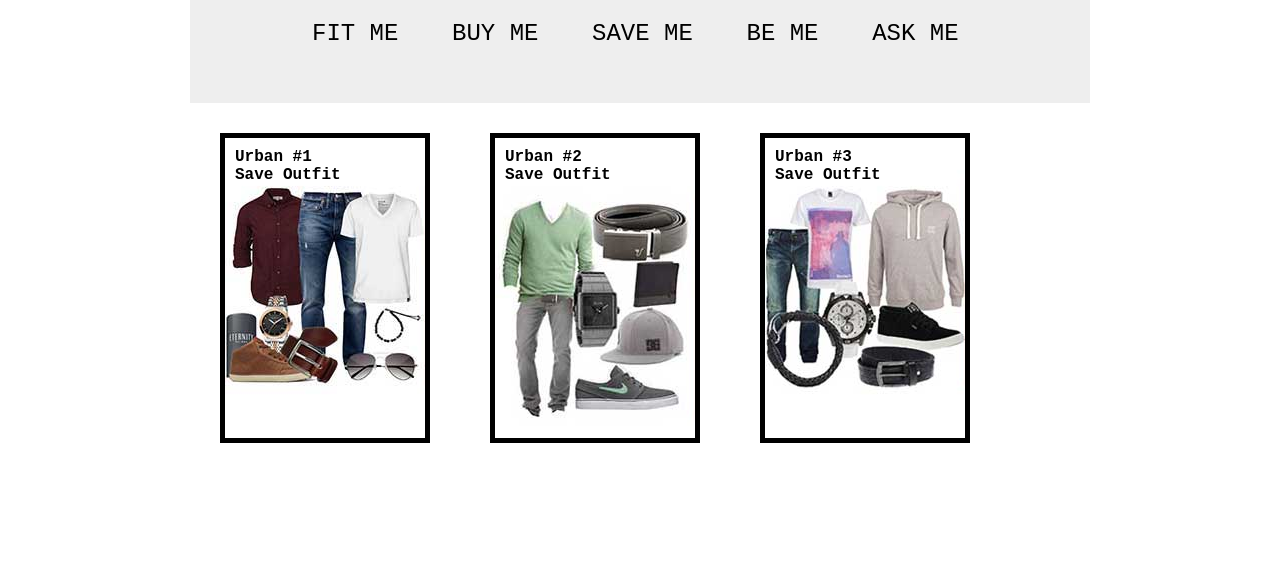
Repository: kesquili/kesquili.github.io
Page: fitin/buyme_urban.html
The author's editor kept a record of every edit. The page is drawn from the files as they stood at one moment, then again after the next edit.
The browser window is 1280 px wide. The pictures show the whole page.
After loading, the first visible `#urban2` was clicked once.

Above is the page before.
Console error: ReferenceError: $ is not defined

### fitin/buyme_urban.html
<!doctype html>
<html>
<head>
<meta charset="UTF-8">
<title>FitIn</title>
<link href="styles.css" rel="stylesheet" type="text/css">
<script type="text/javascript" src="script.js"></script>
</head>

<body>
<div class="wrapper">
   <nav>
    <ul>
        <li><a href="fitme.html">FIT ME</a></li>
         <li><a href="buyme_americana.html">BUY ME</a></li>
         <li><a href="saveme.html">SAVE ME</a></li>
         <li><a href="beme.html">BE ME</a></li>
         <li><a href="askme.html">ASK ME</a></li>
    </ul>
   </nav>
      <br>
      <br>
   <div class="results">
       <h4 id="urban1"><div class="text">Urban #1 <br> <a href="saveme.html">Save Outfit</a></div></h4>
       <h4 id="urban2"><div class="text">Urban #2 <br> <a href="saveme.html">Save Outfit</a></div></h4>
       <h4 id="urban3"><div class="text">Urban #3 <br> <a href="saveme.html">Save Outfit</a></div></h4>
    </div>
    <div class="breakdown">
        <h4 id="urbanbd1"><div class="text">Urban #1 Items</div></h4>
        <h4 id="urbanbd2"><div class="text">Urban #2 Items</div></h4>
        <h4 id="urbanbd3"><div class="text">Urban #2 Items</div></h4>
    </div>
</div>

<script type="text/javascript" src="jquery-1.11.2.min.js"></script>
<script type="text/javascript" src="script.js"></script>

</body>
</html>

### fitin/styles.css
@charset "UTF-8";
/* CSS Document */

body {
font: 14px;
font-style: bold;
font-family: "Courier New", Courier;
margin: 0;
padding: 0;
}

.wrapper {
	width: 900px;
	margin: 0 auto;
	background-color: #eee;
	height: 100%;
}
nav {
    width: 700px;
    margin: 0 auto;
    padding: 20px;
}
nav a{
    color: black;
    text-decoration: none;
    font-size: 24px;
    margin: 10px 20px;
    border: 2px solid transparent;
}
nav a:hover {
	color: #9C0310;
	border: 2px dotted #9C0310;
}

ul{
    list-style-type: none;
    margin: 0;
    padding: 0;
}

li{
    display: inline;
}

.form{
    margin: 0 auto;
}

.form h4{
    font-size: 20px;
}

.text {
	position: relative;
	top: 10px;
	left: 10px;
}

.results a{
	text-decoration: none;
	color: black;
}

.results h4:hover {
	background-position: 0px auto;
	background-position: 200px 0%;
}
.results #hipster1{
	border: 5px;
	border-color: black;
	border-style: solid;
	margin: 30px;
	width: 200px;
	height: 300px;
	float: left;
	background-image: url(Images/hipstersprite1.jpg);
}
.results #hipster2{
	border: 5px;
	border-color: black;
	border-style: solid;
	margin: 30px;
	width: 200px;
	height: 300px;
	float: left;
	background-image: url(Images/hipstersprite2.jpg);
}
.results #hipster3{
	border: 5px;
	border-color: black;
	border-style: solid;
	margin: 30px;
	width: 200px;
	height: 300px;
	float: left;
	background-image: url(Images/hipstersprite3.jpg);
}

.breakdown #hipster {
	border: 5px solid #060606;
	width: 800px;
	height: 200px;
	margin: 30px;
	background-image: url(Images/hipsterbreakdown1.jpg);
}
.breakdown #hipster:hover {
	background-image: url(Images/hipsterbreakdown2.jpg);
}


.results #urban1{
	border: 5px;
	border-color: black;
	border-style: solid;
	margin: 30px;
	width: 200px;
	height: 300px;
	float: left;
	background-image: url(Images/urbansprite1.jpg);
}
.results #urban2{
	border: 5px;
	border-color: black;
	border-style: solid;
	margin: 30px;
	width: 200px;
	height: 300px;
	float: left;
	background-image: url(Images/urbansprite2.jpg);
}
.results #urban3{
	border: 5px;
	border-color: black;
	border-style: solid;
	margin: 30px;
	width: 200px;
	height: 300px;
	float: left;
	background-image: url(Images/urbansprite3.jpg);
}

.breakdown #urban {
	background-image: url(Images/urbanbreakdown1.jpg);
	width: 800px;
	height: 200px;
}
.breakdown #urban:hover  {
	background-image: url(Images/urbanbreakdown2.jpg);
}

.results #americana3{
	border: 5px;
	border-color: black;
	border-style: solid;
	margin: 30px;
	width: 200px;
	height: 300px;
	float: left;
	background-image: url(Images/americanasprite3.jpg);
}
.results #americana2{
	border: 5px;
	border-color: black;
	border-style: solid;
	margin: 30px;
	width: 200px;
	height: 300px;
	float: left;
	background-image: url(Images/americanasprite2.jpg);
}
.results #americana1{
	border: 5px;
	border-color: black;
	border-style: solid;
	margin: 30px;
	width: 200px;
	height: 300px;
	float: left;
	background-image: url(Images/americanasprite1.jpg);
}

.breakdown #americana{
	width: 800px;
	height: 200px;
	border: 5px;
	border-color: black;
	border-style: solid;
	float: left;
	background-image: url(Images/americanabreakdown1.jpg);
}
.breakdown #americana:hover {
	background-image: url(Images/americanabreakdown2.jpg);
}

.breakdown h4{
	border: 5px;
	border-color: black;
	border-style: solid;
	float: left;
	position: relative;
	display: none;
}

.sideimage {
	border: 10px solid black;
	width: 300px;
	height: 460px;
	float: left;
	margin-right: 12px;
	background-image: url(Images/Ask-Me.jpg);
}

.signup{
    margin-left: 20px;
    float: left;
}

.sell{
    display: block;
    float: left;
    max-width: 500px;
    min-width: 400px;
}

h6{
    font-size: 12px;
    font-family: Helvetica, sans-serif;
    padding: 0;
    display: inline-block;
    width: 120px;
    text-align: right;
    margin: 5px 0;
}

input {
    background-color: red;
    color: white;
    border: none;
    outline: none;
}

.closet {
	margin-left: auto;
	margin-right: auto;
	display: block;
	position: relative;
	/* [disabled]clear: both; */
}
.closet h4{
	border: 5px;
	border-color: black;
	border-style: solid;
	margin-top: 30px;
	margin-right: 30px;
	margin-left: 30px;
	margin-bottom: 30px;
	width: 200px;
	height: 300px;
	float: left;
}
.closet #closet1 {
	margin-left: auto;
	margin-right: auto;
	display: block;
	position: relative;
	/* [disabled]clear: both; */
	background-image: url(Images/americanasprite3.jpg);
}
.closet #closet2 {
	margin-left: 30px;
	margin-right: 30px;
	display: block;
	position: relative;
	/* [disabled]clear: both; */
	background-image: url(Images/hipstersprite3.jpg);
}
.closet #closet3 {
	margin-left: 30px;
	margin-right: 30px;
	display: block;
	position: relative;
	/* [disabled]clear: both; */
	background-image: url(Images/closet3.jpg);
}
.closet #closet4 {
	margin-left: 30px;
	margin-right: 30px;
	display: block;
	position: relative;
	/* [disabled]clear: both; */
	background-image: url(Images/closet4.jpg);
}
.closet #closet5 {
	margin-left: 30px;
	margin-right: 30px;
	display: block;
	position: relative;
	/* [disabled]clear: both; */
	background-image: url(Images/closet5.jpg);
}

.form form a {
	text-decoration: none;
	color: #9C0310;
	font-family: Courier New, Courier;
	font-weight: bold;
}

### fitin/script.js

 $("#americana3").click(function(){
        $("#americana").toggle();
});

 $("#americana2").click(function(){
        $("#americanabd2").toggle();
});

 $("#americana1").click(function(){
        $("#americanabd3").toggle();
});

$("#urban1").click(function(){
        $("#urbanbd1").toggle();
});

$("#urban2").click(function(){
        $("#urbanbd2").toggle();
});

$("#urban2").click(function(){
        $("#urbanbd2").toggle();
});

$("#hipster3").click(function(){
        $("#hipster").toggle();
});

$("#hipster2").click(function(){
        $("#hipsterbd2").toggle();
});

$("#hipster1").click(function(){
        $("#hipsterbd1").toggle();
});

Loaded but not shown: fitin/jquery-1.11.2.min.js (library)

After the next edit:
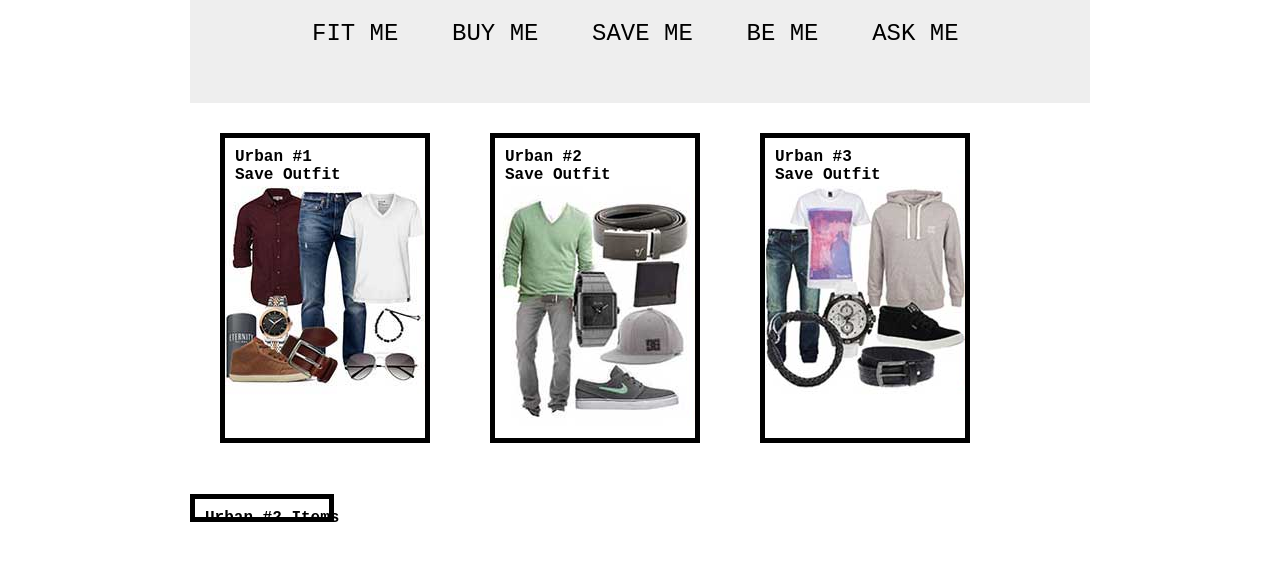
The edit:
--- a/fitin/script.js
+++ b/fitin/script.js
@@ -19,8 +19,8 @@
         $("#urbanbd2").toggle();
 });
 
-$("#urban2").click(function(){
-        $("#urbanbd2").toggle();
+$("#urban3").click(function(){
+        $("#urbanbd3").toggle();
 });
 
 $("#hipster3").click(function(){
